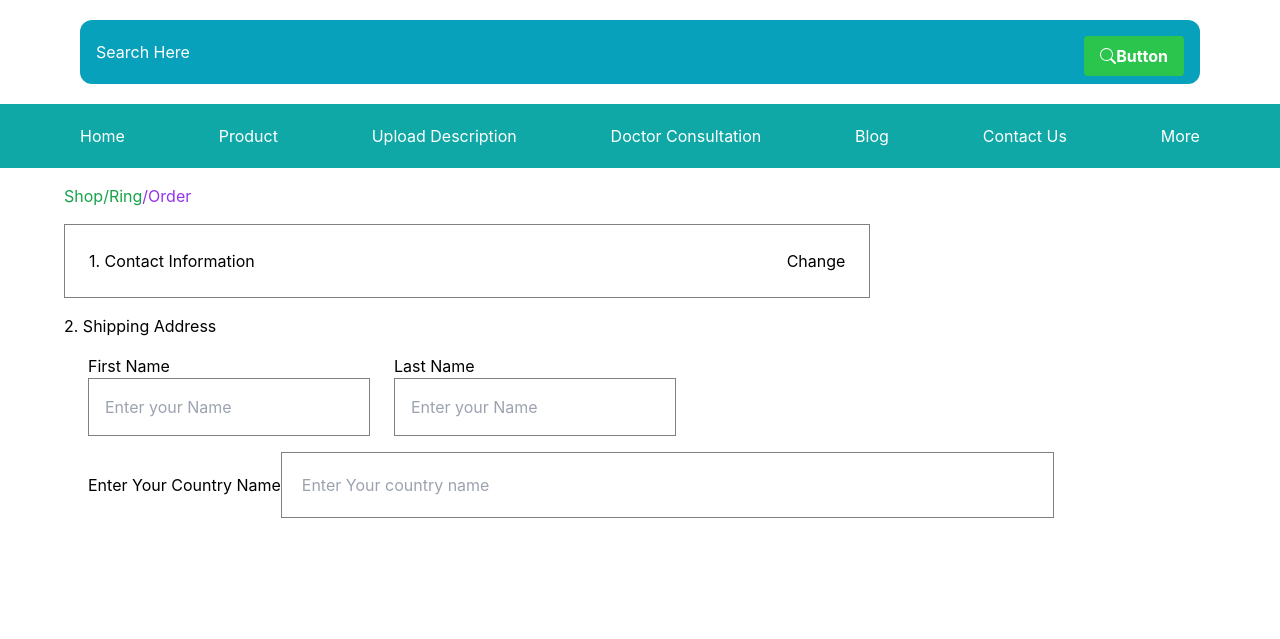
Repository: arafatmollah/form-pharma
Page: /
An editor plug-in stored every save of this project. The page is shown before and after a run of saves, followed by the edit.
The browser window is 1280 px wide. The pictures show the whole page.
The project was rebuilt for these pictures with package versions that can differ from the ones it lists, and the page was loaded fresh each time.

Above is the page before, as saved 2023-03-14 23:54:41.

### src/index.js


import React from 'react';
import ReactDOM from 'react-dom/client';
import './index.css';
import App from './App';
import reportWebVitals from './reportWebVitals';

const root = ReactDOM.createRoot(document.getElementById('root'));
root.render(
  <React.StrictMode>
    <App />
  </React.StrictMode>
);

// If you want to start measuring performance in your app, pass a function
// to log results (for example: reportWebVitals(console.log))
// or send to an analytics endpoint. Learn more: https://bit.ly/CRA-vitals
reportWebVitals();

### src/App.js

import './App.css';
import Nav from './Nav';
import Form from './Form';

function App() {
  return (
    <div className="App">
     <Nav></Nav>
     <Form></Form>
    </div>
  );
}

export default App;

### src/App.css
.box-border{
  background-color: #08A1BC;
}
.btn {
  @apply font-bold py-2 px-4 rounded;
  background-color: #2BC44C;
  color: white;
}
.btn-blue {
  @apply bg-blue-500 text-white;
}
.btn-blue:hover {
  @apply bg-blue-700;
}
.nav{
  background-color: #0FA8A6;
}
.info{
  width: 70%;
  border: 1px solid gray;
}
.input{
  border: 1px solid gray;
}
.an{
  width: 70%;
}

### src/Nav.js
import React from 'react'
import './App.css';
import { BsSearch } from 'react-icons/bs';

function Nav() {
  return (
    <div>
        <div className='box-border h-16 w-100 p-4 mx-20 my-5 rounded-xl'>
          <div className='flex justify-between align-middle'>
                <p className='text-white mt-1'>Search Here</p>
                <button className="btn mb-1 py-2 flex items-center justify-between"><BsSearch></BsSearch> Button</button>
          </div>
        </div>
        <div className='box-border h-16 w-100 nav'>
            <div className='flex mx-20 items-center justify-between text-white'>
            <div className='mt-5'>Home</div>
            <div className='mt-5'> Product</div>
            <div className='mt-5'>Upload Description</div>
            <div className='mt-5'>Doctor Consultation</div>
            <div className='mt-5'>Blog</div>
            <div className='mt-5'>Contact Us</div>
            <div className='mt-5'>More</div>
            </div>
        </div>
    </div>
  )
}

export default Nav

### src/Form.js
import React from 'react'

function form() {
  return (
    <div>
        <div className='mx-16'>
            <div className='flex my-4'>
                <p className='text-green-600'>Shop</p>
                <p className='text-green-600'> /Ring</p>
                <p className='text-purple-600'>/Order</p>
            </div>
            <div>
            <div className='info p-6 flex justify-between'>
              <p>1. Contact Information</p>
              <p>Change </p>
            </div>
            <div className='my-4'>
              <p>2. Shipping Address</p>
              <form className='my-4'>
               <div className='flex'>
               <div className='mx-6'>
                <label>First Name</label> <br></br>
                <input className='input p-4' type='text' placeholder="Enter your Name"></input>
                </div>
                <div>
                <label>Last Name</label> <br></br>
                <input className='input p-4' type='text' placeholder="Enter your Name"></input>
                </div>
               </div>
               <div className='my-4 mx-6'>
                <label>Enter Your Country Name</label>
                <input className='an input p-5' type='text' placeholder='Enter Your country name'></input>
               </div>
              </form>
            </div>
            </div>
        </div>
    </div>
  )
}

export default form

Loaded but not shown: public/index.html (common file); src/index.css (common file); src/reportWebVitals.js (common file); tailwind.config.js (common file)

After the next 2 saves:
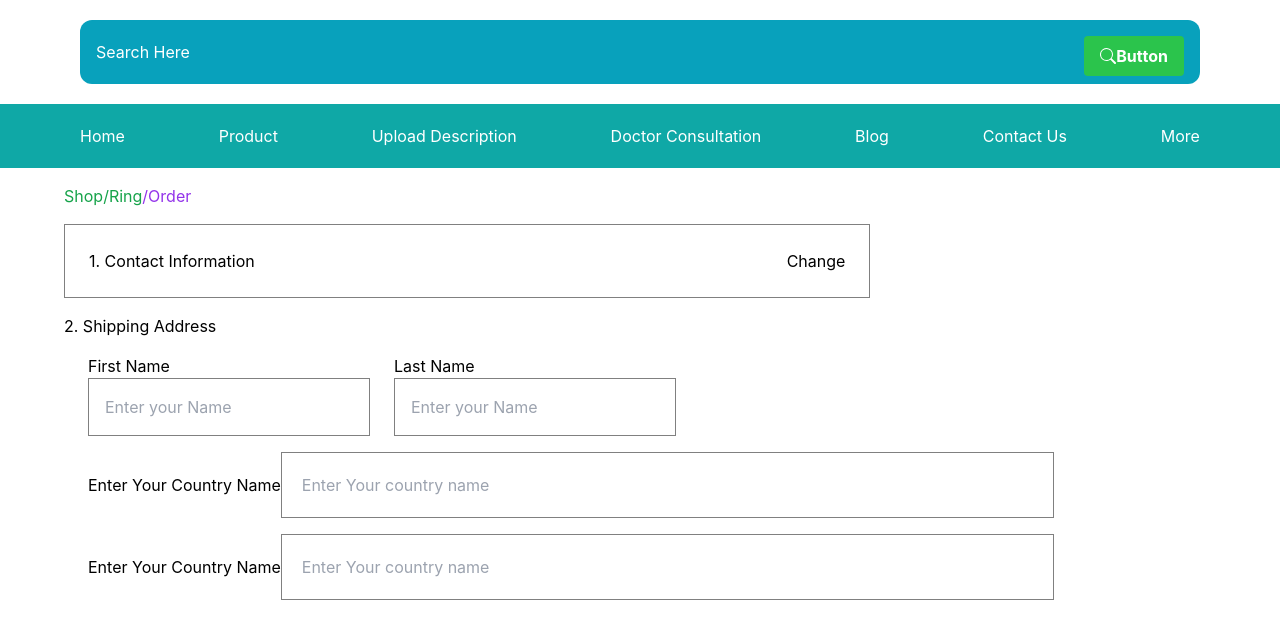
The 2 saves are shown as one change because they came seconds apart.
The last was saved 7 s later.
--- a/src/Form.js
+++ b/src/Form.js
@@ -31,6 +31,10 @@ function form() {
                 <label>Enter Your Country Name</label>
                 <input className='an input p-5' type='text' placeholder='Enter Your country name'></input>
                </div>
+               <div className='my-4 mx-6'>
+                <label>Enter Your Country Name</label>
+                <input className='an input p-5' type='text' placeholder='Enter Your country name'></input>
+               </div>
               </form>
             </div>
             </div>
